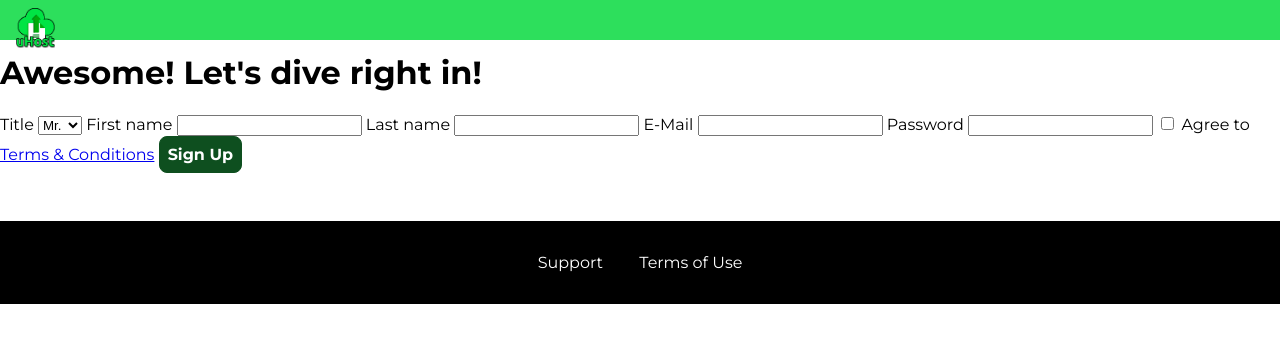
Repository: Nowacki97PL/UdemyCSS
Page: start-hosting/index.html
An editor plug-in stored every save of this project. The page is shown before and after the next save, followed by the edit.
The browser window is 1280 px wide. The pictures show the whole page.

Above is the page before, as saved 2023-11-30 09:26:41.

After the next save:
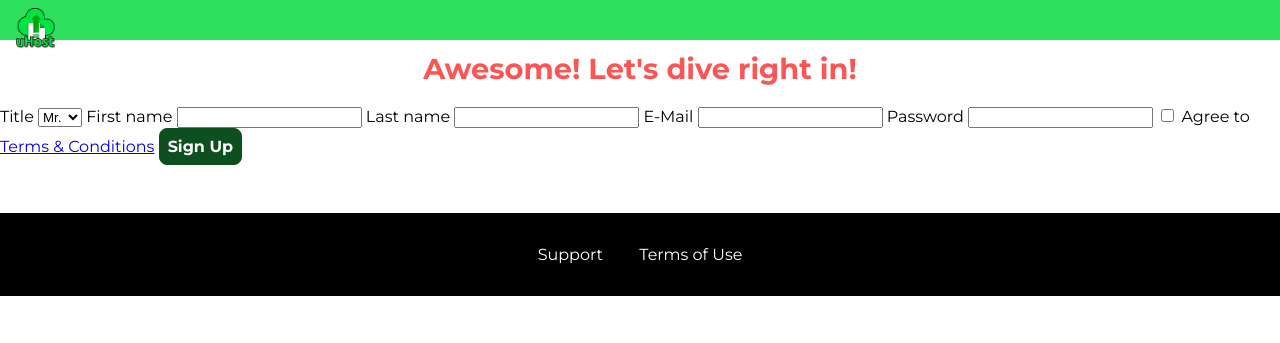
Saved 5 s later.
--- a/start-hosting/start-hosting.css
+++ b/start-hosting/start-hosting.css
@@ -2,7 +2,7 @@ main {
     padding-top: 2rem;
 }
 
-signup-title{
+.signup-title{
     text-align: center;
     font-size: 1.8rem;
     color: #ff5454;
